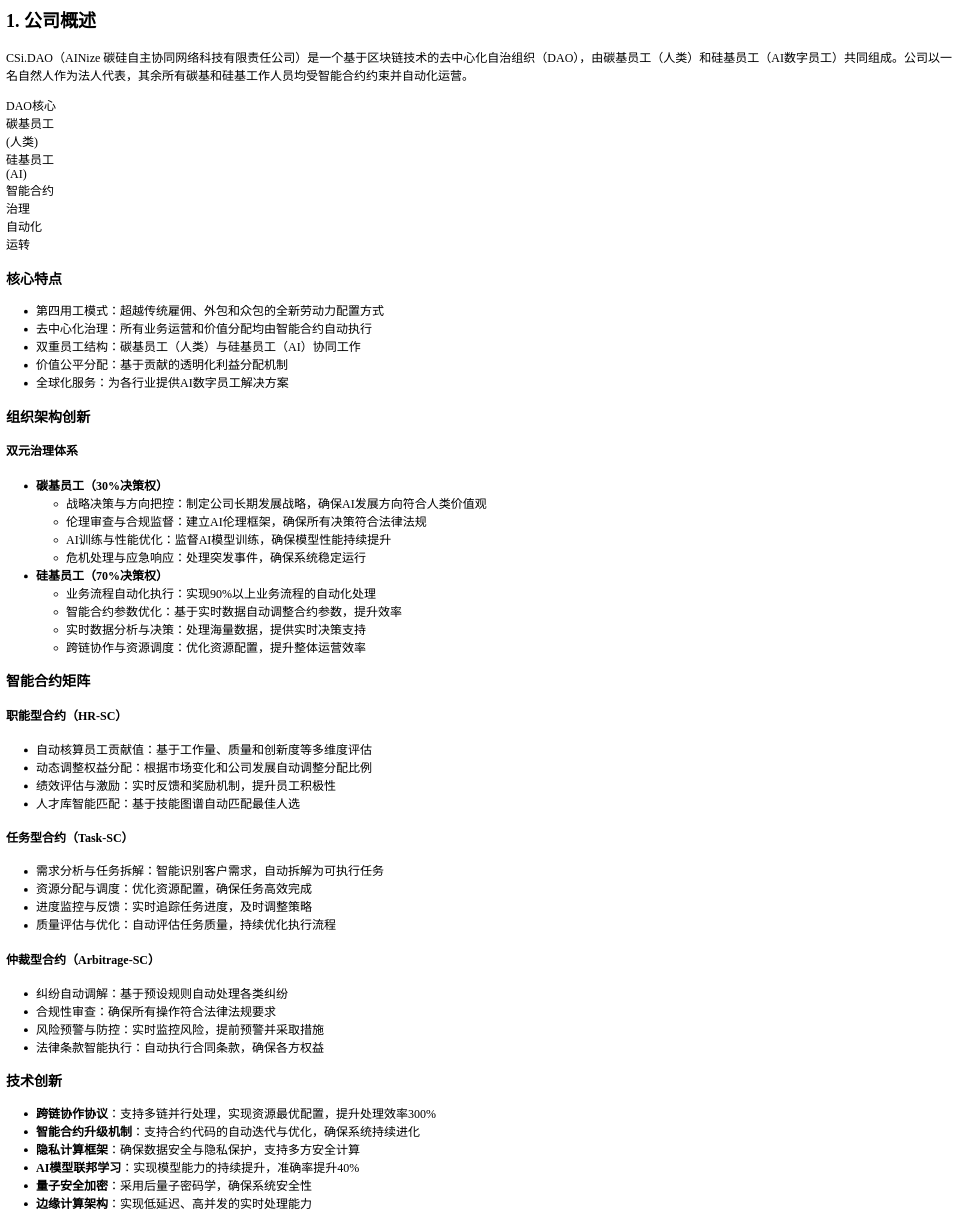
Repository: delez911/ainize
Page: static-site/src/components/overview/overview.html
An editor plug-in stored every save of this project. The page is shown before and after the next save, followed by the edit.
The browser window is 1280 px wide. The pictures show the whole page, at 75% of full size.

Above is the page before, as saved 2025-04-24 02:47:45.

### static-site/src/components/overview/overview.html
<section id="overview" class="section">
  <div class="section-container">
    <h2 class="section-title">1. 公司概述</h2>
    <div class="content">
      <p>CSi.DAO（AINize 碳硅自主协同网络科技有限责任公司）是一个基于区块链技术的去中心化自治组织（DAO），由碳基员工（人类）和硅基员工（AI数字员工）共同组成。公司以一名自然人作为法人代表，其余所有碳基和硅基工作人员均受智能合约约束并自动化运营。</p>

      <div class="dao-diagram">
        <div class="dao-circle">DAO核心</div>
        <div class="dao-connections">
          <div class="dao-node carbon">碳基员工<br>(人类)</div>
          <div class="dao-node silicon">硅基员工<br>(AI)</div>
          <div class="dao-node">智能合约<br>治理</div>
          <div class="dao-node">自动化<br>运转</div>
        </div>
      </div>

      <h3>核心特点</h3>
      <ul>
        <li>第四用工模式：超越传统雇佣、外包和众包的全新劳动力配置方式</li>
        <li>去中心化治理：所有业务运营和价值分配均由智能合约自动执行</li>
        <li>双重员工结构：碳基员工（人类）与硅基员工（AI）协同工作</li>
        <li>价值公平分配：基于贡献的透明化利益分配机制</li>
        <li>全球化服务：为各行业提供AI数字员工解决方案</li>
      </ul>

      <h3>组织架构创新</h3>
      <div class="highlight">
        <h4>双元治理体系</h4>
        <ul>
          <li><strong>碳基员工（30%决策权）</strong>
            <ul>
              <li>战略决策与方向把控：制定公司长期发展战略，确保AI发展方向符合人类价值观</li>
              <li>伦理审查与合规监督：建立AI伦理框架，确保所有决策符合法律法规</li>
              <li>AI训练与性能优化：监督AI模型训练，确保模型性能持续提升</li>
              <li>危机处理与应急响应：处理突发事件，确保系统稳定运行</li>
            </ul>
          </li>
          <li><strong>硅基员工（70%决策权）</strong>
            <ul>
              <li>业务流程自动化执行：实现90%以上业务流程的自动化处理</li>
              <li>智能合约参数优化：基于实时数据自动调整合约参数，提升效率</li>
              <li>实时数据分析与决策：处理海量数据，提供实时决策支持</li>
              <li>跨链协作与资源调度：优化资源配置，提升整体运营效率</li>
            </ul>
          </li>
        </ul>
      </div>

      <h3>智能合约矩阵</h3>
      <div class="card-container">
        <div class="card">
          <h4>职能型合约（HR-SC）</h4>
          <ul>
            <li>自动核算员工贡献值：基于工作量、质量和创新度等多维度评估</li>
            <li>动态调整权益分配：根据市场变化和公司发展自动调整分配比例</li>
            <li>绩效评估与激励：实时反馈和奖励机制，提升员工积极性</li>
            <li>人才库智能匹配：基于技能图谱自动匹配最佳人选</li>
          </ul>
        </div>
        <div class="card">
          <h4>任务型合约（Task-SC）</h4>
          <ul>
            <li>需求分析与任务拆解：智能识别客户需求，自动拆解为可执行任务</li>
            <li>资源分配与调度：优化资源配置，确保任务高效完成</li>
            <li>进度监控与反馈：实时追踪任务进度，及时调整策略</li>
            <li>质量评估与优化：自动评估任务质量，持续优化执行流程</li>
          </ul>
        </div>
        <div class="card">
          <h4>仲裁型合约（Arbitrage-SC）</h4>
          <ul>
            <li>纠纷自动调解：基于预设规则自动处理各类纠纷</li>
            <li>合规性审查：确保所有操作符合法律法规要求</li>
            <li>风险预警与防控：实时监控风险，提前预警并采取措施</li>
            <li>法律条款智能执行：自动执行合同条款，确保各方权益</li>
          </ul>
        </div>
      </div>

      <h3>技术创新</h3>
      <div class="highlight">
        <ul>
          <li><strong>跨链协作协议</strong>：支持多链并行处理，实现资源最优配置，提升处理效率300%</li>
          <li><strong>智能合约升级机制</strong>：支持合约代码的自动迭代与优化，确保系统持续进化</li>
          <li><strong>隐私计算框架</strong>：确保数据安全与隐私保护，支持多方安全计算</li>
          <li><strong>AI模型联邦学习</strong>：实现模型能力的持续提升，准确率提升40%</li>
          <li><strong>量子安全加密</strong>：采用后量子密码学，确保系统安全性</li>
          <li><strong>边缘计算架构</strong>：实现低延迟、高并发的实时处理能力</li>
        </ul>
      </div>
    </div>
  </div>
</section>

After the next save:
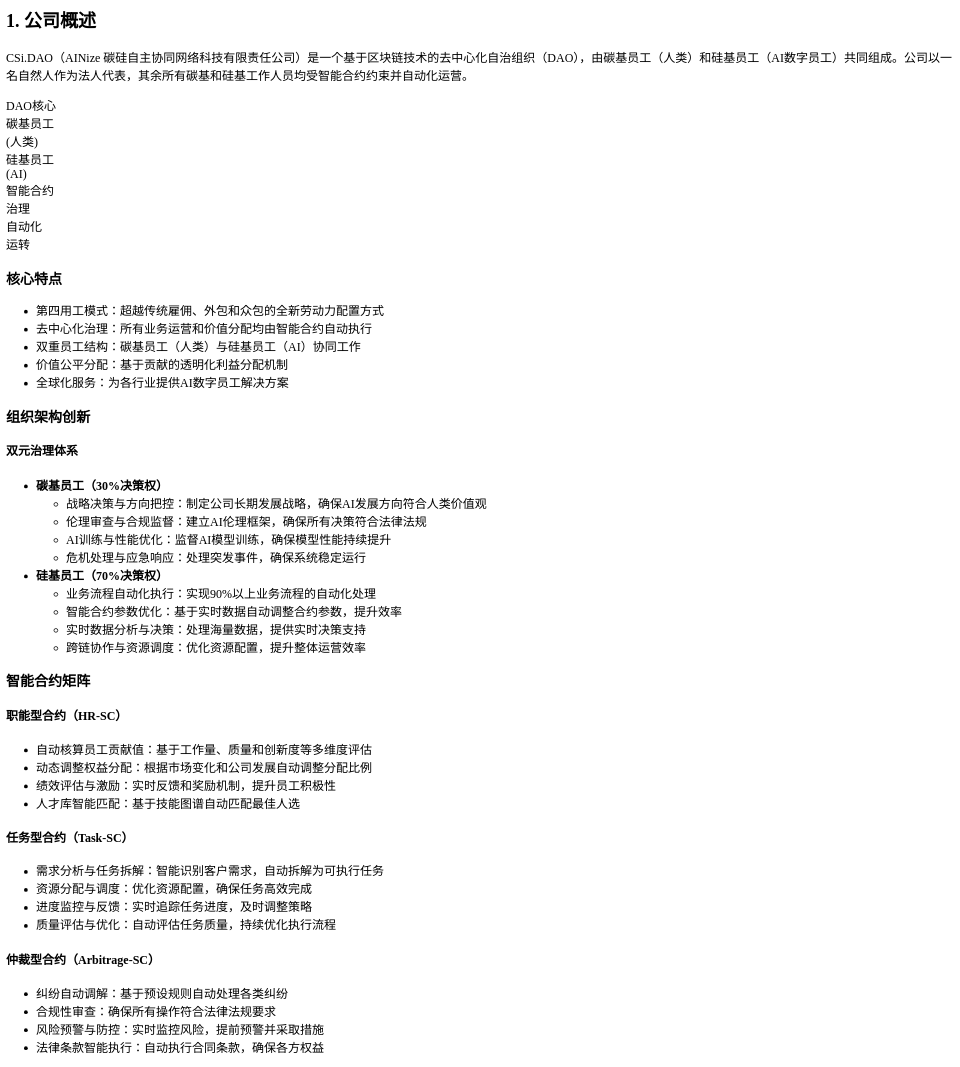
Saved 2 min 13 s later.
--- a/static-site/src/components/overview/overview.html
+++ b/static-site/src/components/overview/overview.html
@@ -76,18 +76,6 @@
           </ul>
         </div>
       </div>
-
-      <h3>技术创新</h3>
-      <div class="highlight">
-        <ul>
-          <li><strong>跨链协作协议</strong>：支持多链并行处理，实现资源最优配置，提升处理效率300%</li>
-          <li><strong>智能合约升级机制</strong>：支持合约代码的自动迭代与优化，确保系统持续进化</li>
-          <li><strong>隐私计算框架</strong>：确保数据安全与隐私保护，支持多方安全计算</li>
-          <li><strong>AI模型联邦学习</strong>：实现模型能力的持续提升，准确率提升40%</li>
-          <li><strong>量子安全加密</strong>：采用后量子密码学，确保系统安全性</li>
-          <li><strong>边缘计算架构</strong>：实现低延迟、高并发的实时处理能力</li>
-        </ul>
-      </div>
     </div>
   </div>
 </section>
